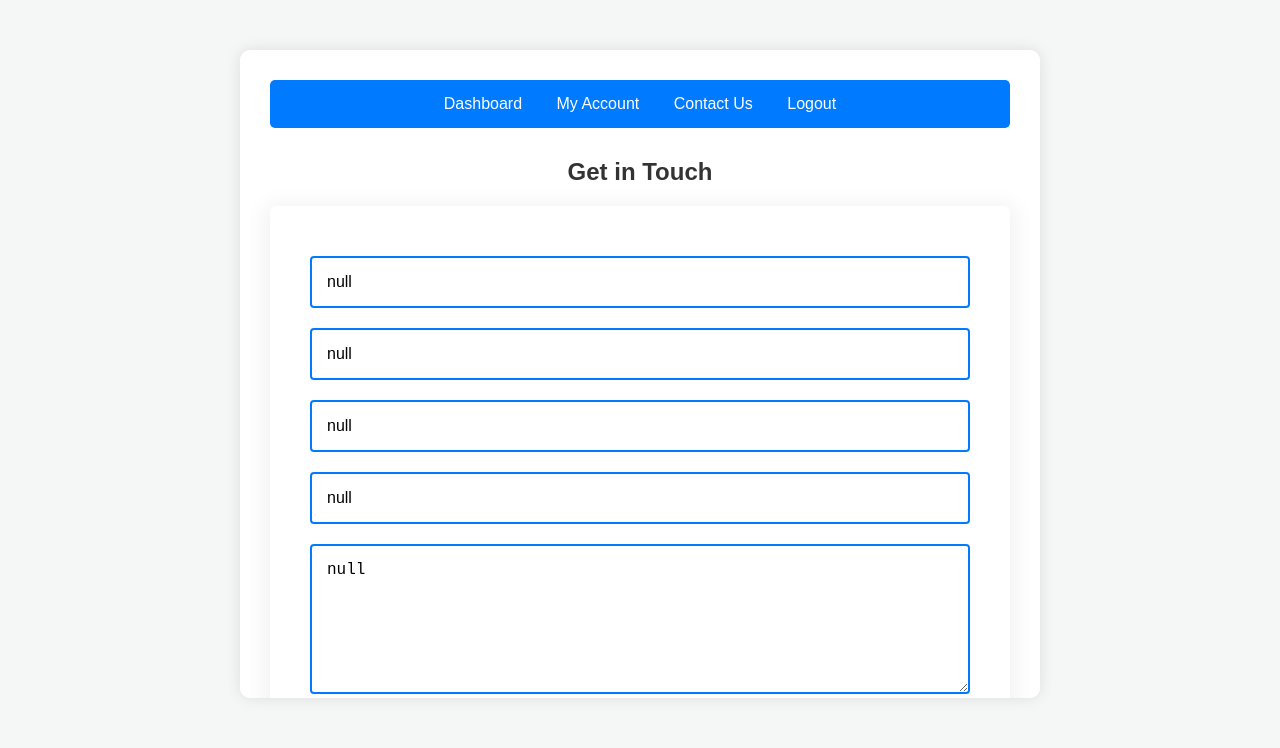
Repository: AmodhyaSharinda/java-CRUD
Page: http://localhost/java_project/deleteContact.jsp
An editor plug-in stored every save of this project. The page is shown before and after the next save, followed by the edit.
The browser window is 1280 px wide. The pictures show the whole page.
An inner scrolling area shows only its first screen. The page is served by Tomcat 9.

Above is the page before, as saved 2024-10-01 11:03:50.

After the next save:
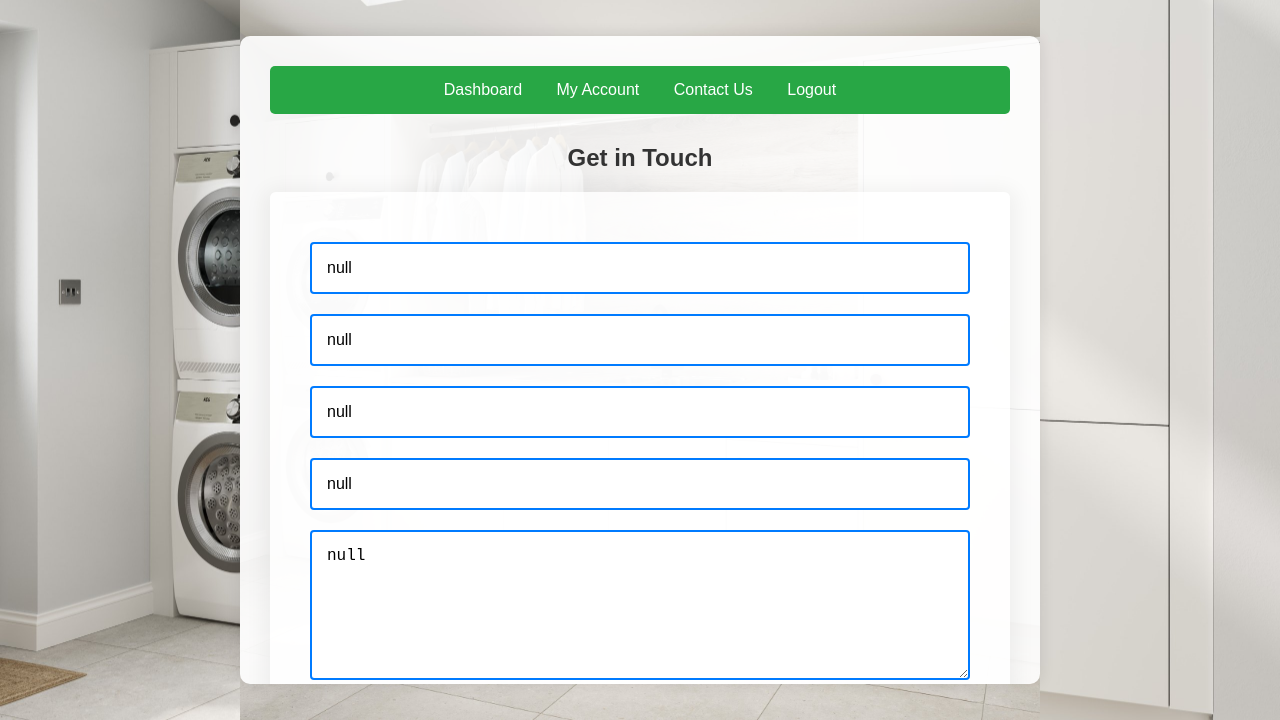
Saved 79 s later.
--- a/java_project/src/main/webapp/deleteContact.jsp
+++ b/java_project/src/main/webapp/deleteContact.jsp
@@ -14,15 +14,22 @@
       box-sizing: border-box;
     }
 
-    body {
+    body, html {
+      height: 100%;
       font-family: 'Arial', sans-serif;
-      background: #f4f7f6;
+      background-image: url('back.jpg'); /* Background image */
+      background-size: cover;
+      background-position: center;
+      background-repeat: no-repeat;
+      display: flex; /* Center content */
+      justify-content: center;
+      align-items: center;
     }
 
     .container {
       max-width: 800px;
       margin: 50px auto;
-      background: #fff;
+      background: rgba(255, 255, 255, 0.9); /* Slightly transparent white background */
       padding: 30px;
       box-shadow: 0 0 15px rgba(0, 0, 0, 0.1);
       border-radius: 10px;
@@ -37,7 +44,7 @@
     }
 
     .nav-menu {
-      background: #007bff; /* Changed to match the login theme */
+      background: #28a745; /* Green background for the menu */
       padding: 15px;
       border-radius: 5px;
       margin-bottom: 30px;
@@ -54,11 +61,11 @@
 
     .nav-menu a:hover {
       text-decoration: underline;
-      color: #d4edda;
+      color: #d4edda; /* Lighten on hover */
     }
 
     .form-wrapper {
-      background-color: white;
+      background-color: rgba(255, 255, 255, 0.8); /* Slightly transparent white background for the form */
       padding: 50px 40px;
       box-shadow: rgba(0, 0, 0, 0.05) 0px 4px 20px 7px;
       border-radius: 6px;
@@ -68,7 +75,7 @@
     .input, .textinput {
       width: 100%;
       padding: 15px;
-      border: 2px solid #007bff; /* Changed to match the theme */
+      border: 2px solid #007bff; /* Match the theme */
       font-size: 16px;
       color: black;
       border-radius: 4px;
@@ -119,13 +126,13 @@
   </style>
 </head>
 <body>
-	<%
-		String Id = request.getParameter("id");
-		String Name = request.getParameter("name");
-		String Email = request.getParameter("email");
-		String Phone = request.getParameter("phone");
-		String Msg = request.getParameter("msg");
-	%>
+  <%
+    String Id = request.getParameter("id");
+    String Name = request.getParameter("name");
+    String Email = request.getParameter("email");
+    String Phone = request.getParameter("phone");
+    String Msg = request.getParameter("msg");
+  %>
 
   <div class="container">
     <div class="nav-menu">
